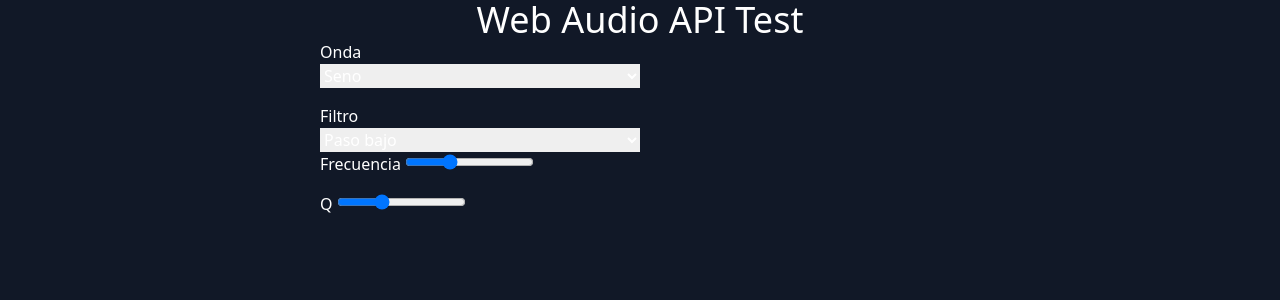
Repository: ibraidab/SONIDOS
Page: index4.html
The author's editor kept a copy of each file at every save. The page is drawn from the files as they stood at one save, then again after the next save.
The browser window is 1280 px wide. The pictures show the whole page.

Above is the page before, as saved 2023-03-18 12:55:45.

### index4.html
<!DOCTYPE html>
<html lang="en">
<head>
  <meta charset="UTF-8">
  <meta name="viewport" content="width=device-width, initial-scale=1.0">
  <title>Web Audio API Test</title>
  <link href="https://cdn.jsdelivr.net/npm/tailwindcss@2.2.16/dist/tailwind.min.css" rel="stylesheet">
  <script>
    let audioContext;
    let activeVoices = new Map(); // Almacenar voces activas para polifonía

    async function init() {
      audioContext = new AudioContext();

      // Solicitar acceso al API Web MIDI
      if (navigator.requestMIDIAccess) {
        try {
          const midiAccess = await navigator.requestMIDIAccess();
          midiAccess.inputs.forEach(input => input.onmidimessage = onMidiMessage);
        } catch (err) {
          console.error('No se pudo acceder a tus dispositivos MIDI.', err);
        }
      } else {
        console.error('Tu navegador no soporta el API Web MIDI.');
      }
    }

    function onMidiMessage(event) {
      const [status, data1, data2] = event.data;
      const messageType = status & 0xf0;
      const channel = status & 0x0f;
      const note = data1;
      const velocity = data2;

      // Nota encendida
      if (messageType === 0x90 && velocity > 0) {
        startSound(note, velocity / 127);
      }
      // Nota apagada
      else if (messageType === 0x80 || (messageType === 0x90 && velocity === 0)) {
        stopSound(note);
      }
    }

    function startSound(note, velocity) {
      const frequency = midiNoteToFrequency(note);
      const waveType = document.getElementById("waveType").value;

      // Osciladores
      const osc1 = audioContext.createOscillator();
      osc1.frequency.value = frequency;
      osc1.type = waveType;
      osc1.start();

      const osc2 = audioContext.createOscillator();
      osc2.frequency.value = frequency * 2;
      osc2.type = waveType;
      osc2.start();

      // Ganancia
      const gainNode = audioContext.createGain();
      //const oscGain = audioContext.createGain();

      // Filtro
      const filterNode = audioContext.createBiquadFilter();
      filterNode.type = "lowpass";
      filterNode.frequency.value = 1000;
      filterNode.Q.value = 10;

      // Envolvente ADSR
      const attack = 0.09;
      const decay = 0.3;
      const sustain = 0.5;
      const release = 0.8;

      const now = audioContext.currentTime;
      gainNode.gain.setValueAtTime(0, now);
      gainNode.gain.linearRampToValueAtTime(velocity, now + attack);
      gainNode.gain.linearRampToValueAtTime(sustain * velocity, now + attack + decay);

      // Conexiones
      osc1.connect(gainNode);
      osc2.connect(gainNode);
      //osc1.connect(oscGain);
      //osc2.connect(oscGain);
      //oscGain.connect(filterNode);
      gainNode.connect(filterNode);
      //gainNode.connect(audioContext.destination);
      filterNode.connect(audioContext.destination);

      // Almacenar voces activas
      activeVoices.set(note, { osc1, osc2, gainNode, filterNode });
    }

    function stopSound(note) {
        const voice = activeVoices && activeVoices.get(note);
          if (voice) {
              const { osc1, osc2, gainNode } = voice;
              const now = audioContext.currentTime;
              gainNode.gain.cancelScheduledValues(now);
              gainNode.gain.setValueAtTime(gainNode.gain.value, now);
              gainNode.gain.linearRampToValueAtTime(0, now + 0.1);
              osc1.stop(now + 0.1);
              osc2.stop(now + 0.1);
              activeVoices.delete(note);
              // Aplicar el último valor de frecuencia del filtro guardado
              voice.filterNode.frequency.value = lastFilterFrequency;
          }
      }

    function midiNoteToFrequency(note) {
      return 440 * Math.pow(2, (note - 69) / 12);
    }

    function changeWaveType() {
      const waveType = document.getElementById("waveType").value;
      activeVoices.forEach(voice => {
        voice.osc1.type = waveType;
        voice.osc2.type = waveType;
      });
    }

    let lastFilterFrequency = 1000; // Valor inicial

    function changeFilterFrequency() {
      const filterFrequencyRange = document.getElementById("filterFrequency");
      const newFrequencyValue = filterFrequencyRange.value;
      activeVoices.forEach(voice => {
        voice.filterNode.frequency.value = newFrequencyValue;
      });
      lastFilterFrequency = newFrequencyValue; // Guardar el último valor establecido
    }

      function changeFilterQ() {
        const filterQ = document.getElementById("filterQ").value;
        activeVoices.forEach(voice => {
          voice.filterNode.Q.value = filterQ;
        });
        console.log("res: ", filterQ)
      }

    function changeFilterType() {
        const filterTypeSelect = document.getElementById("filterType");
        console.log("tipo:", filterTypeSelect.options[filterTypeSelect.selectedIndex].value)
        const selectedFilterType = filterTypeSelect.options[filterTypeSelect.selectedIndex].value;
        activeVoices.forEach(voice => {
          voice.filterNode.type = selectedFilterType;
        });


      }





    window.addEventListener('load', init);
    </script>

</head>


<body class="bg-gray-900 text-white">
  <div class="container mx-auto">
    <h1 class="text-4xl text-center">Web Audio API Test</h1>
    <div class="flex justify-center">
      <div class="w-1/2">
        <div class="flex flex-col justify-center gap-4">
          <div class="w-1/2">
            <label for="waveType">Onda</label>
            <select id="waveType" class="w-full" onchange="changeWaveType()">
              <option value="sine">Seno</option>
              <option value="square">Cuadrada</option>
              <option value="sawtooth">Diente de sierra</option>
              <option value="triangle">Triangular</option>
            </select>
          </div>
          <div class="w-1/2">
            <label for="filterType">Filtro</label>
            <select id="filterType" class="w-full" onchange="changeFilterType()">
              <option value="lowpass">Paso bajo</option>
              <option value="highpass">Paso alto</option>
              <option value="bandpass">Paso de banda</option>
              <option value="lowshelf">Bajo estante</option>
              <option value="highshelf">Alto estante</option>
              <option value="peaking">Pico</option>
              <option value="notch">Notch</option>
              <option value="allpass">Allpass</option>
            </select>
          </div>
        </div>
        <div class="flex flex-col justify-center gap-4">
          <div class="w-1/2">
            <label for="filterFrequency">Frecuencia</label>
            <input id="filterFrequency" type="range" min="20" max="3000" value="1000" step="1" oninput="changeFilterFrequency()">
          </div>
          <div class="w-1/2">
            <label for="filterQ">Q</label>
            <input id="filterQ" type="range" min="1" max="10" value="4" step="1" oninput="changeFilterQ()">
          </div>
        </div>
      </div>
    </div>
  </div>

</body>

</html>

After the next save:
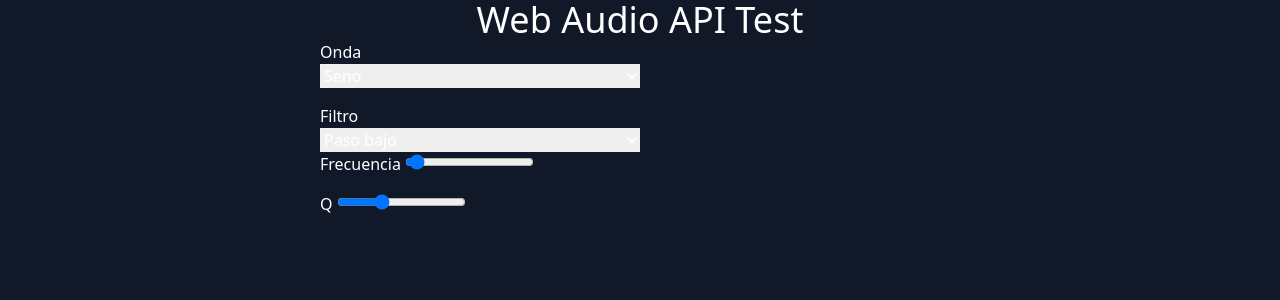
Saved 8 s later.
--- a/index4.html
+++ b/index4.html
@@ -192,7 +192,7 @@
         <div class="flex flex-col justify-center gap-4">
           <div class="w-1/2">
             <label for="filterFrequency">Frecuencia</label>
-            <input id="filterFrequency" type="range" min="20" max="3000" value="1000" step="1" oninput="changeFilterFrequency()">
+            <input id="filterFrequency" type="range" min="20" max="30000" value="1000" step="1" oninput="changeFilterFrequency()">
           </div>
           <div class="w-1/2">
             <label for="filterQ">Q</label>
